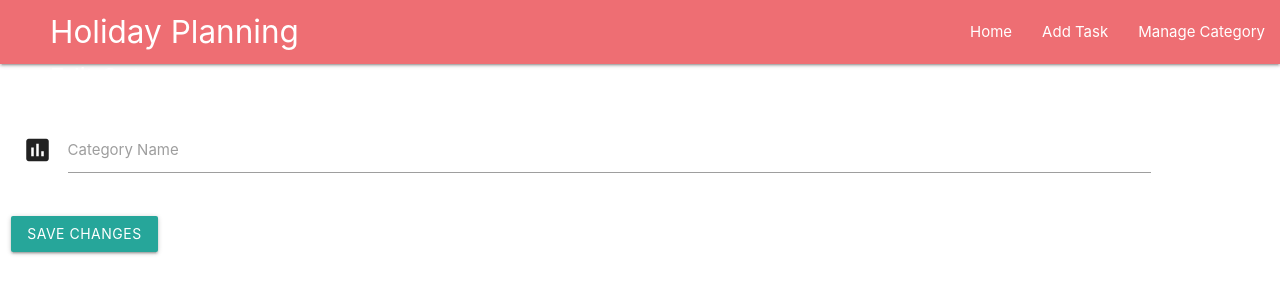
Repository: Code-Institute-Submissions/Project3-Holiday_Planning
Page: templates/editCategory.html
The author's editor kept a record of every edit. The page is drawn from the files as they stood at one moment, then again after the next edit.
The browser window is 1280 px wide. The pictures show the whole page.
Some web libraries are served in a nearby version. The page is served by the project's application, run on Flask 3 (app.py). The template is opened directly, without the code that normally fills it, so the values that code supplies are empty.

Above is the page before.

After the next edit:
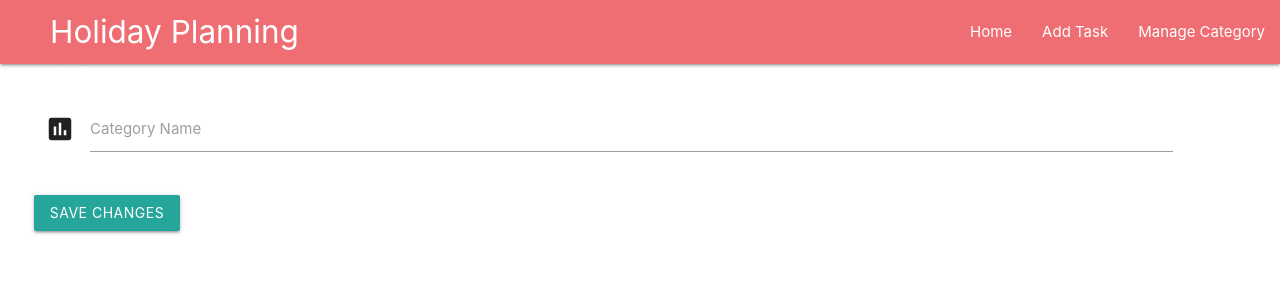
The edit:
--- a/templates/editCategory.html
+++ b/templates/editCategory.html
@@ -8,9 +8,7 @@
 
 
 <div class="row">
-    <div class='col'></div>
-    </div>
-    <div class="row left_margin">
+    <div class="col left_margin"></div>
     <div class='col s11'>
     <form action="{{ url_for('update_category', category_id=category._id) }}" method="POST" class="col s12">
 
